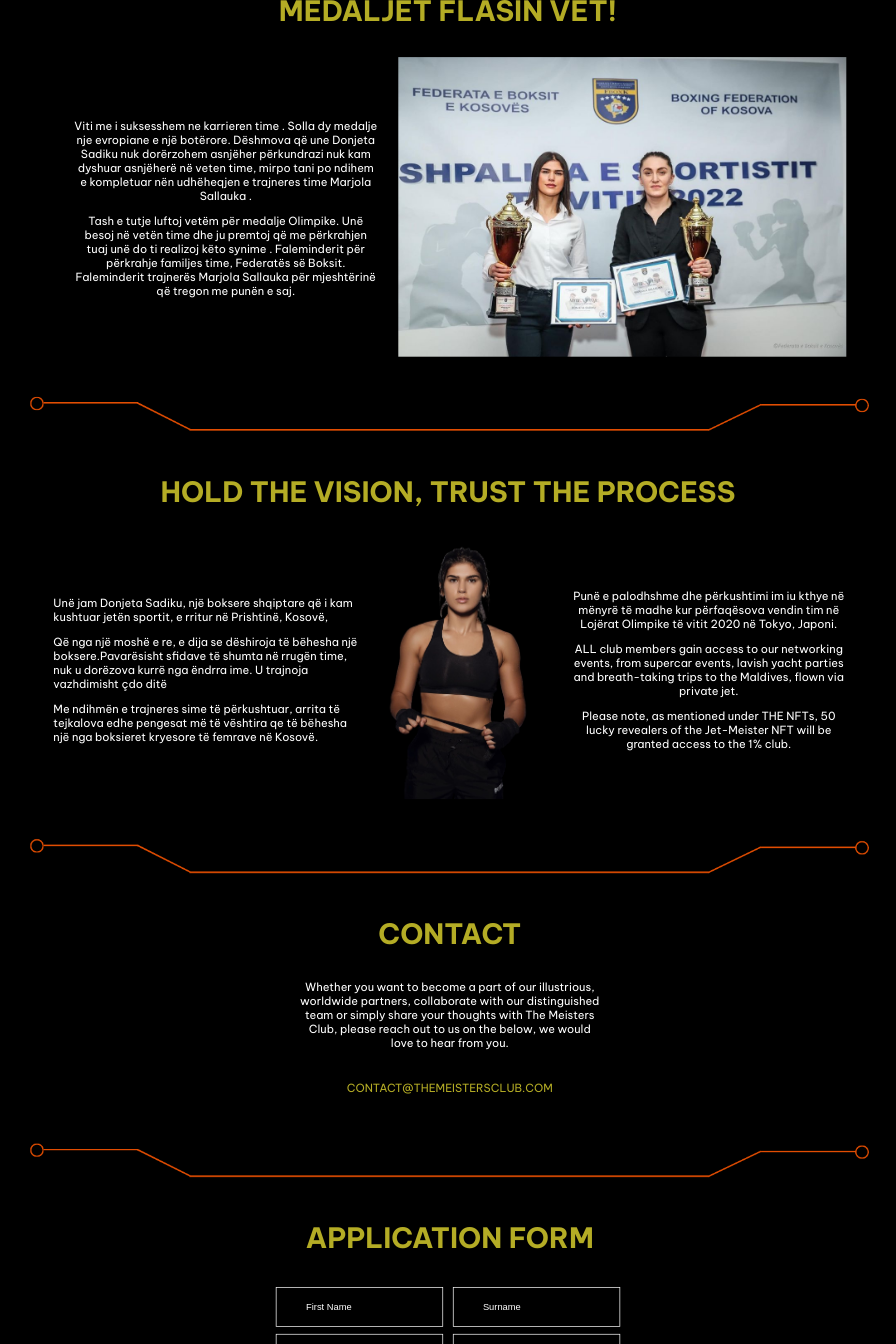
Repository: milot-morina/ds-boxing
Page: DS-Portfolio/index.html
An editor plug-in stored every save of this project. The page is shown before and after the next save, followed by the edit.
The browser window is 1280 px wide. The pictures show the part of the page from y = 1452 to 3372 px (the page is 3821 px tall), at 70% of full size.
A picture or video elsewhere on the page could not be fetched, so the positions and the page height are approximate.

Above is the page before, as saved 2023-03-20 23:09:13.

After the next save:
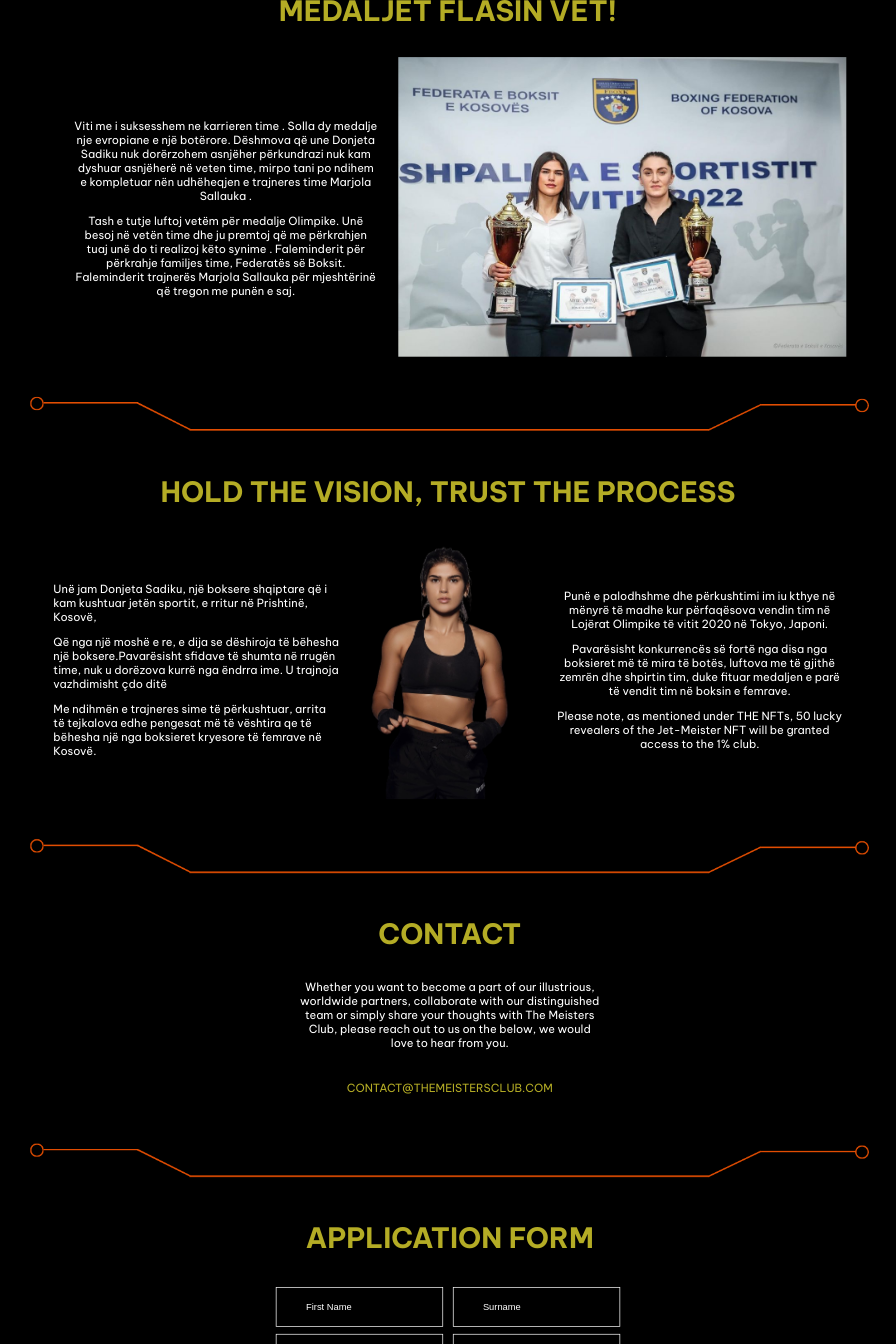
Saved 29 s later.
--- a/DS-Portfolio/index.html
+++ b/DS-Portfolio/index.html
@@ -113,7 +113,7 @@
       </div>
       <div class="text hidden">
         <p>Punë e palodhshme dhe përkushtimi im iu kthye në mënyrë të madhe kur përfaqësova vendin tim në Lojërat Olimpike të vitit 2020 në Tokyo, Japoni.</p>
-        <p>ALL club members gain access to our networking events, from supercar events, lavish yacht parties and breath-taking trips to the Maldives, flown via private jet.
+        <p>Pavarësisht konkurrencës së fortë nga disa nga boksieret më të mira të botës, luftova me të gjithë zemrën dhe shpirtin tim, duke fituar medaljen e parë të vendit tim në boksin e femrave.
         </p>
         <p>Please note, as mentioned under THE NFTs, 50 lucky revealers of the Jet-Meister NFT will be granted access to the 1% club.</p>
       </div>
